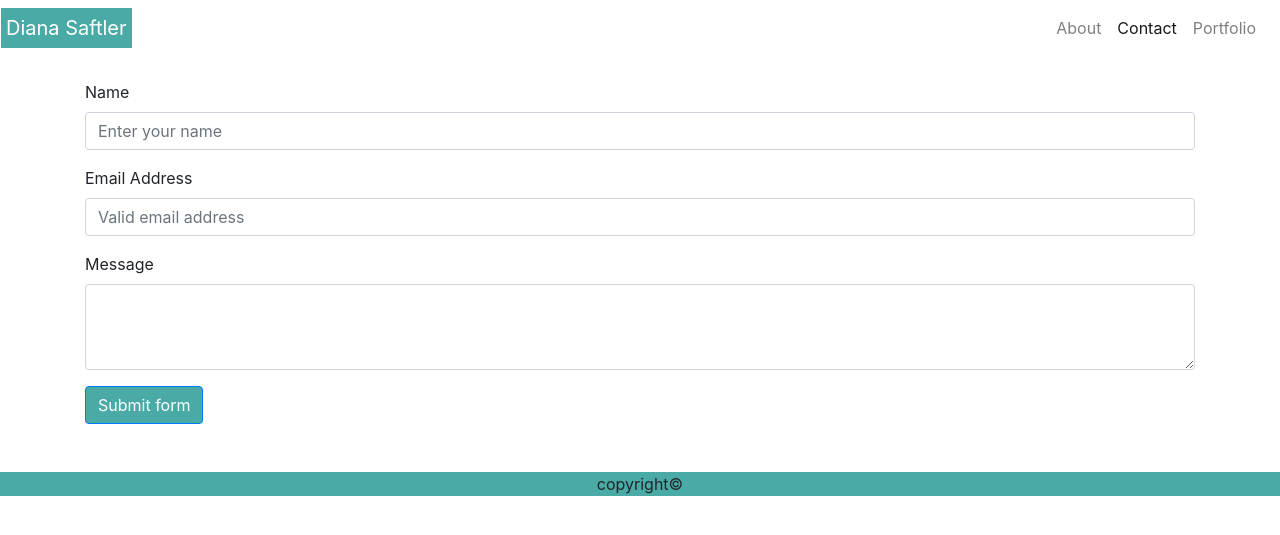
Repository: dsaftler/Bootstrap-Portfolio
Page: contact.html
These files come from the project's save history. The page is drawn as it stood at one moment and after the next save; the edit follows.
The browser window is 1280 px wide. The pictures show the whole page.

Above is the page before, as saved 2019-03-21 01:07:16.

### contact.html
<!DOCTYPE html>
<html lang="en">
<head>
  <meta charset="UTF-8">
  <meta name="viewport" content="width=device-width, initial-scale=1.0">
  <meta http-equiv="X-UA-Compatible" content="ie=edge">
  <link rel="stylesheet" href="https://stackpath.bootstrapcdn.com/bootstrap/4.1.3/css/bootstrap.min.css" integrity="sha384-MCw98/SFnGE8fJT3GXwEOngsV7Zt27NXFoaoApmYm81iuXoPkFOJwJ8ERdknLPMO" crossorigin="anonymous">
  <link rel="icon" href="assets/images/Peony.jpg" type="image/jpg" sizes="16x16">
  <title>Contact</title>
</head>
<body>
    <nav class="navbar navbar-expand-lg navbar-light" >
        <a class="navbar-brand"  style="background-color: #4aaaa5; color: white; padding-right: 5px; padding-left: 5px; margin-left: -15px" href="#"> Diana Saftler </a>
        <button class="navbar-toggler" type="button" data-toggle="collapse" data-target="#navbarSupportedContent" aria-controls="navbarSupportedContent" aria-expanded="false" aria-label="Toggle navigation">
          <span class="navbar-toggler-icon"></span>
        </button>

        <div class="collapse navbar-collapse" id="navbarSupportedContent">
          <ul class="navbar-nav ml-auto">
            <li class="nav-item">
              <a class="nav-link" href="index.html">About</a>
            </li>
            <li class="nav-item active">
              <a class="nav-link" href="contact.html">Contact<span class="sr-only">(current)</span></a>
            </li>
            <li class="nav-item">
                <a class="nav-link"  href="portfolio.html">Portfolio</a>
             </li>
          </ul>
        </div>
      </nav>
      <div class="container">
          <form>
              <div class="form-group">
                <br>
                <label for="formGroupExampleInput">Name</label>
                <input type="text" class="form-control" id="formGroupExampleInput" placeholder="Enter your name">
              </div>
              <div class="form-group">
                <label for="formGroupExampleInput2">Email Address</label>
                <input type="text" class="form-control" id="formGroupExampleInput2" placeholder="Valid email address">
              </div>
              <div class="form-group">
                <label for="exampleFormControlTextarea1">Message</label>
                <textarea class="form-control" id="exampleFormControlTextarea1" rows="3"></textarea>
              </div>
              <button class="btn btn-primary mb-5" type="submit"; style="background-color: #4aaaa5">Submit form</button>
            </form>
      </div>
      <footer class="footer text-center"; style="background-color:#4aaaa5">
          <div class="container" >
            <span >copyright&copy</span>
          </div>
     </footer>


</body>
</html>

After the next save:
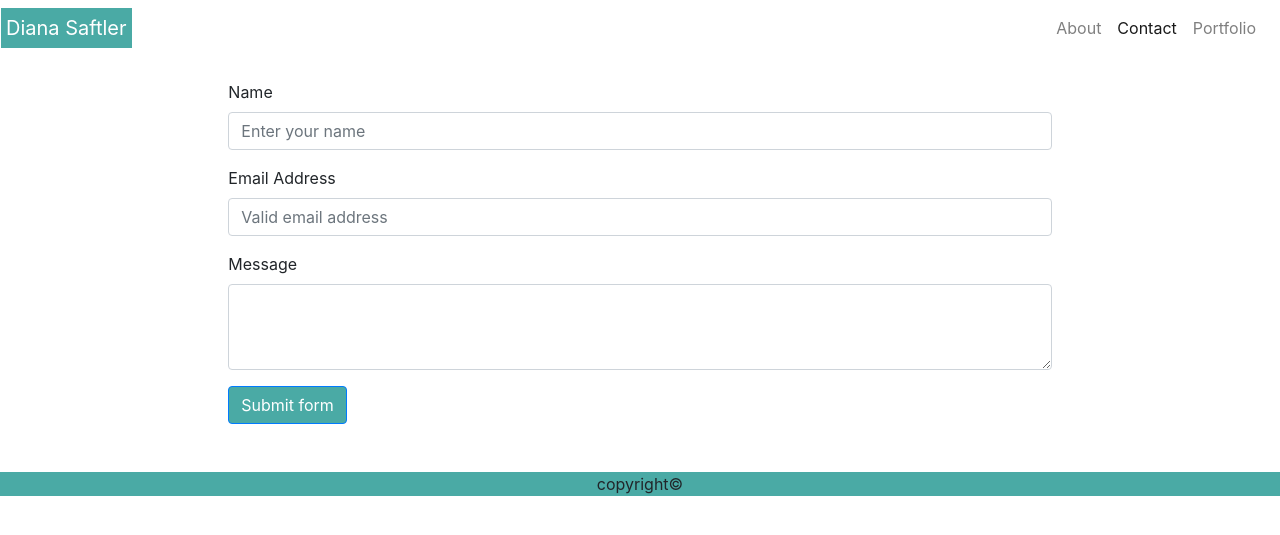
Saved 47 s later.
--- a/contact.html
+++ b/contact.html
@@ -29,7 +29,7 @@
           </ul>
         </div>
       </nav>
-      <div class="container">
+      <div class="container col-sm-8">
           <form>
               <div class="form-group">
                 <br>
